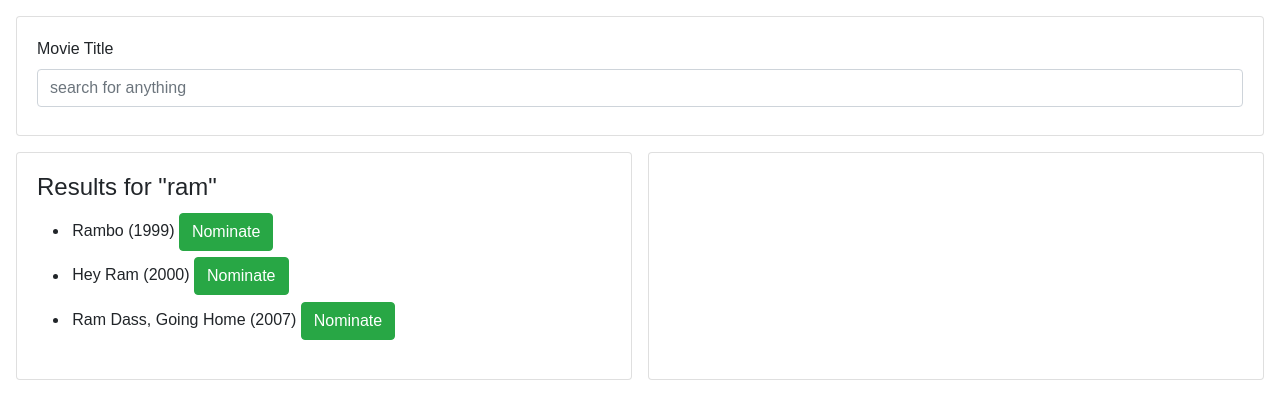
Repository: akinsikuoluwafemi/shoppies-movie-collection
Page: /
The author's editor kept a copy of each file at every save. The page is drawn from the files as they stood at one save, then again after a run of saves.
The browser window is 1280 px wide. The pictures show the whole page.
The project was rebuilt for these pictures with package versions that can differ from the ones it lists, and the page was loaded fresh each time. Also part of the build but not shown: src/App.css.

Above is the page before, as saved 2021-01-10 09:19:10.

After the next 2 saves:
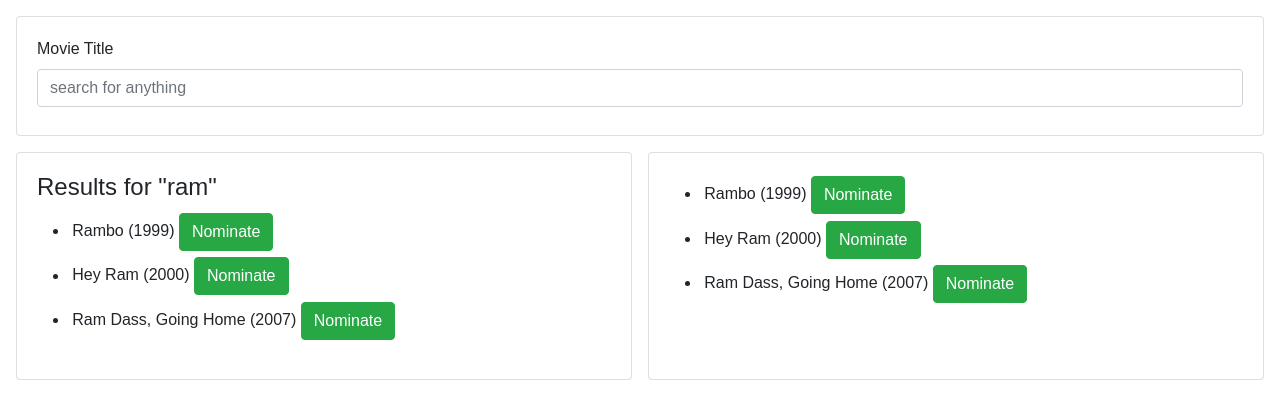
The 2 saves are shown as one change because they came seconds apart.
The last was saved 5 s later.
--- a/src/components/Nominations.js
+++ b/src/components/Nominations.js
@@ -5,6 +5,13 @@ import CardWrapper from './CardWrapper';
 export default function Nominations() {
     return (<CardWrapper>
 
+             <ul className="list">
+                <li className="list-item" >Rambo (1999) <button className="btn btn-success" >Nominate</button></li>
+                <li className="list-item" >Hey Ram (2000) <button className="btn btn-success" >Nominate</button></li>
+                <li className="list-item" >Ram Dass, Going Home (2007) <button className="btn btn-success" >Nominate</button></li>
+
+
+            </ul>
     </CardWrapper>
 
     )
